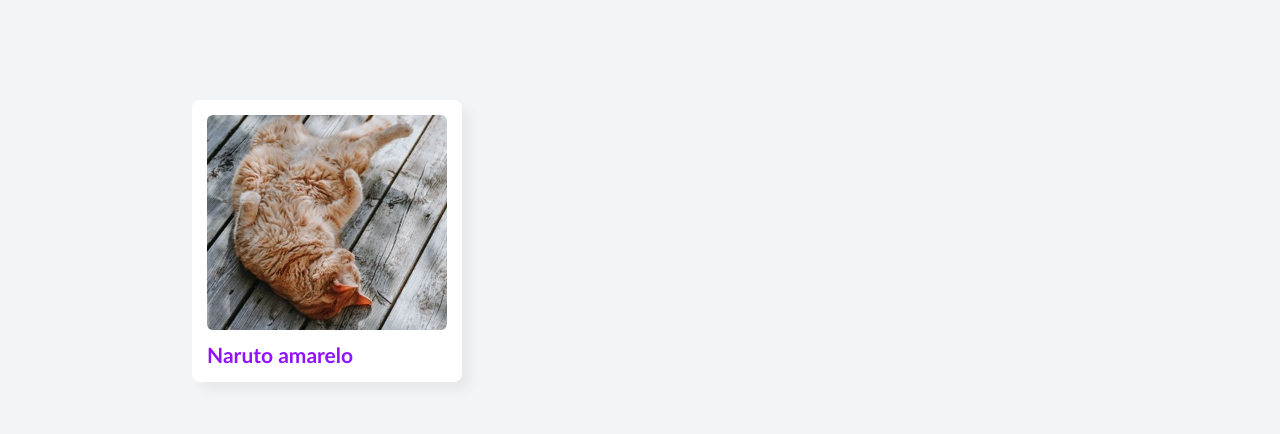
Repository: alessandradiamantino/Curso-Front-End-Design
Page: 1 - Introdução ao HTML e CSS/2 - Exercício CSS/01/codesignerspro-arquivos-exercicio-css-02/codesignerspro-arquivos-exercicio-css-02/index.html
An editor plug-in stored every save of this project. The page is shown before and after a run of saves, followed by the edit.
The browser window is 1280 px wide. The pictures show the whole page.

Above is the page before, as saved 2021-07-28 11:41:45.

### 1 - Introdução ao HTML e CSS/2 - Exercício CSS/01/codesignerspro-arquivos-exercicio-css-02/codesignerspro-arquivos-exercicio-css-02/index.html
<!DOCTYPE html>
<html lang="pt-br">

<head>
  <meta charset="UTF-8">
  <meta name="viewport" content="width=device-width, initial-scale=1.0">
  <meta http-equiv="X-UA-Compatible" content="ie=edge">
  <title>Exercício CSS 02</title>
  <link rel="stylesheet" type="text/css" href="css/style.css" />
</head>

<body>
  <main>
  <div class="card-container">
    <div class="card">
      <img src="images/gato-01.jpg"
        alt="gato deitado"
        title="gatinho"
        class="card-image"
      />
      <div class="card-body">
        <h1>Naruto amarelo</h1>
    </div>
    <div class="card-footer">

    </div>
  </div>
</div>
  </main>
</body>

</html>

### 1 - Introdução ao HTML e CSS/2 - Exercício CSS/01/codesignerspro-arquivos-exercicio-css-02/codesignerspro-arquivos-exercicio-css-02/css/style.css
body{
  background-color: #f2f4f5;
  margin: 0;
}
main {
  width: 70%;
  display: table;
  margin: 100px auto 0 auto;
}
.card-container {
  width: 270px;
  display: table;
}

.card {
  width: 100%;
  display: table;
  background-color: #fff;
  border-radius: 8px;
  box-shadow: 8px 8px 12px rgba(0, 0, 0, 0.05);
  padding: 15px;
  box-sizing: border-box;
}

.card .card-image {
  width: 100%;
  max-width: 100%;
  height: auto;
  border-radius: 6px;
  display: block;
}

.card .card-body {
  width: 100%;
  display: table;
  margin-top: 13px;
}

.card .card-body h1 {
  font-family:'Gill Sans', 'Gill Sans MT', Calibri, 'Trebuchet MS', sans-serif;
  font-size: 21px;
  font-weight: 800;
  line-height: 24px;
  color: #9013fe;
  margin: 0;
}

.card .card-footer {
  width: 100%;
  disp
}

After the next 5 saves:
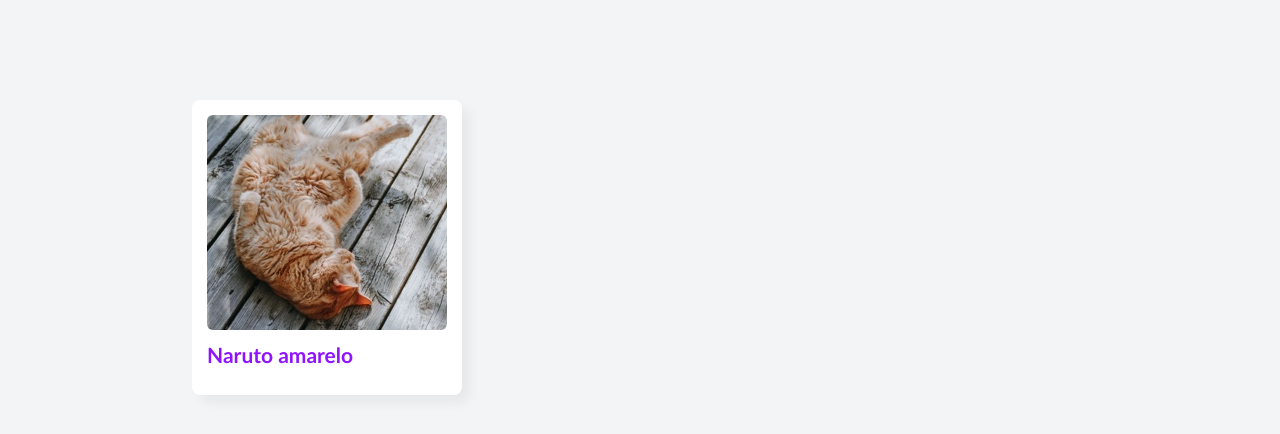
The 5 saves are shown as one change because they came seconds apart.
The last was saved 19 s later.
--- a/1 - Introdução ao HTML e CSS/2 - Exercício CSS/01/codesignerspro-arquivos-exercicio-css-02/codesignerspro-arquivos-exercicio-css-02/css/style.css
+++ b/1 - Introdução ao HTML e CSS/2 - Exercício CSS/01/codesignerspro-arquivos-exercicio-css-02/codesignerspro-arquivos-exercicio-css-02/css/style.css
@@ -47,5 +47,6 @@
 
 .card .card-footer {
   width: 100%;
-  disp
+  display: table;
+  margin-top: 13px;
 }

After the save that followed:
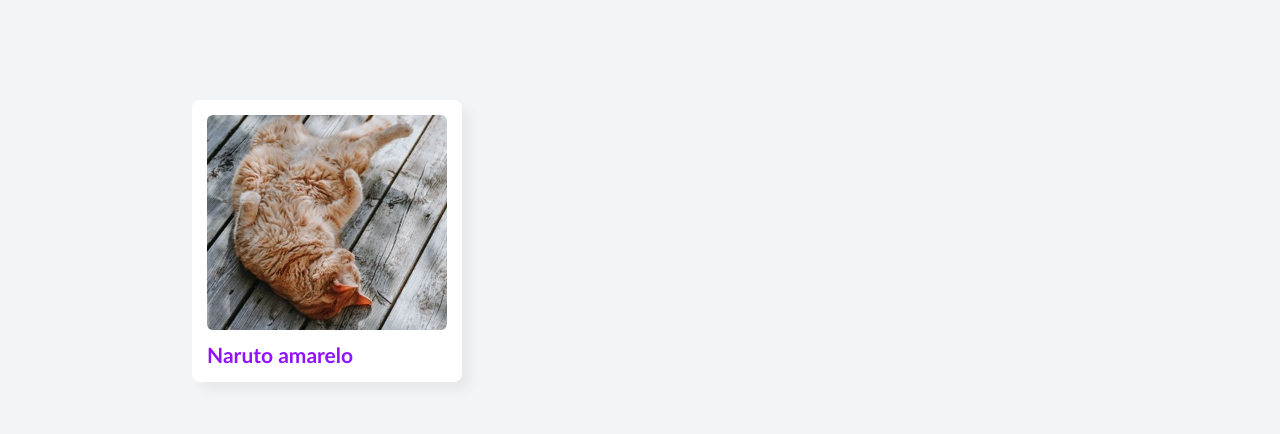
Saved 6 s later.
--- a/1 - Introdução ao HTML e CSS/2 - Exercício CSS/01/codesignerspro-arquivos-exercicio-css-02/codesignerspro-arquivos-exercicio-css-02/css/style.css
+++ b/1 - Introdução ao HTML e CSS/2 - Exercício CSS/01/codesignerspro-arquivos-exercicio-css-02/codesignerspro-arquivos-exercicio-css-02/css/style.css
@@ -48,5 +48,4 @@
 .card .card-footer {
   width: 100%;
   display: table;
-  margin-top: 13px;
 }
